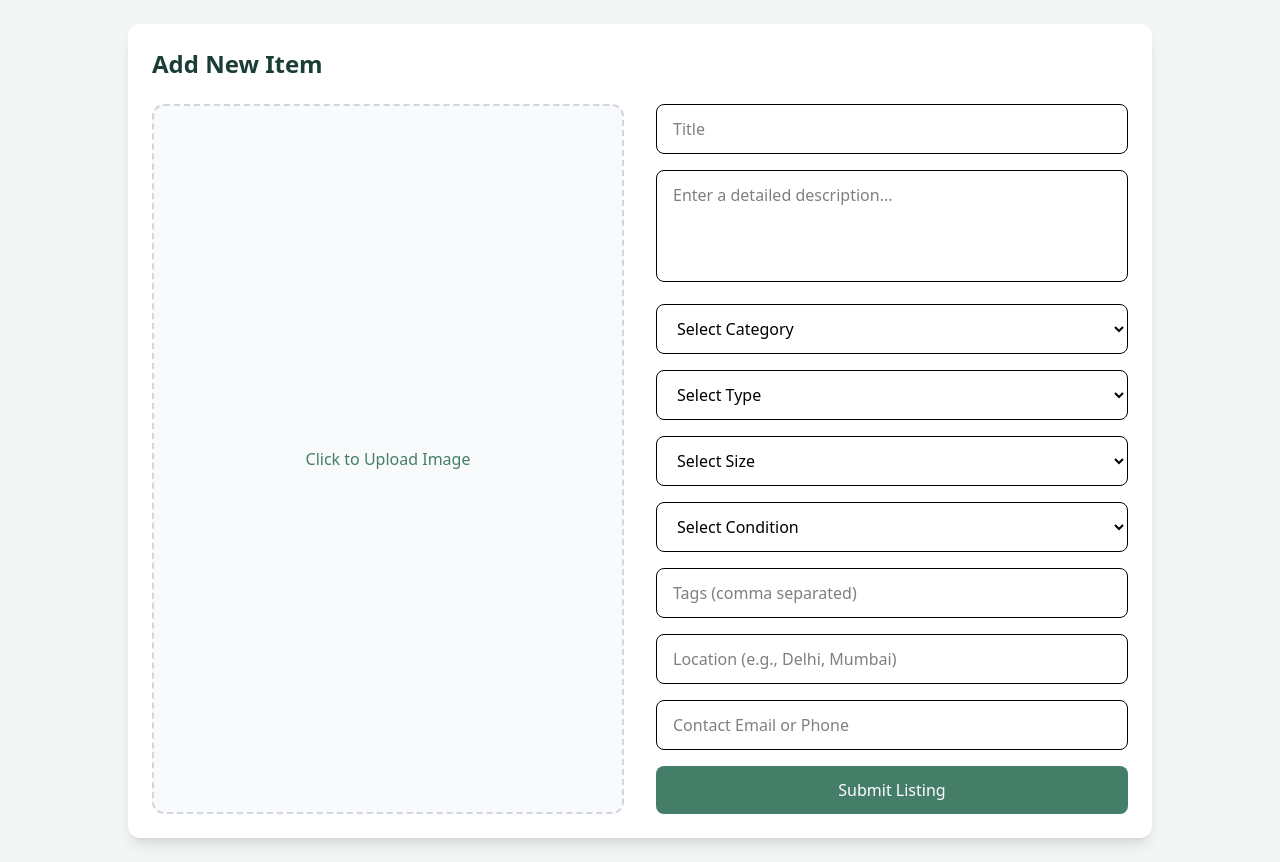
Repository: Swastikkkkk/vv
Page: /user/add (app in OneDrive/Desktop/Yuzichahal/frontend/)
The author's editor kept a copy of each file at every save. The page is drawn from the files as they stood at one save, then again after a run of saves.
The browser window is 1280 px wide. The pictures show the whole page.
The page's requests for data from a server got no answer. The project was rebuilt for these pictures with package versions that can differ from the ones it lists, and the page was loaded fresh each time. No one was signed in, and anything a server would have sent is missing. Also part of the build but not shown: OneDrive/Desktop/Yuzichahal/frontend/vite.config.js, OneDrive/Desktop/Yuzichahal/frontend/src/components/Navbar.jsx, OneDrive/Desktop/Yuzichahal/frontend/src/components/Herosection.jsx, OneDrive/Desktop/Yuzichahal/frontend/src/components/CategoriesSection.jsx, OneDrive/Desktop/Yuzichahal/frontend/src/components/Footer.jsx, OneDrive/Desktop/Yuzichahal/frontend/src/components/LandingPage.jsx, OneDrive/Desktop/Yuzichahal/frontend/src/components/Signup.jsx, OneDrive/Desktop/Yuzichahal/frontend/src/components/Login.jsx and 9 more.

Above is the page before, as saved 2025-07-12 12:15:05.

After the next 2 saves:
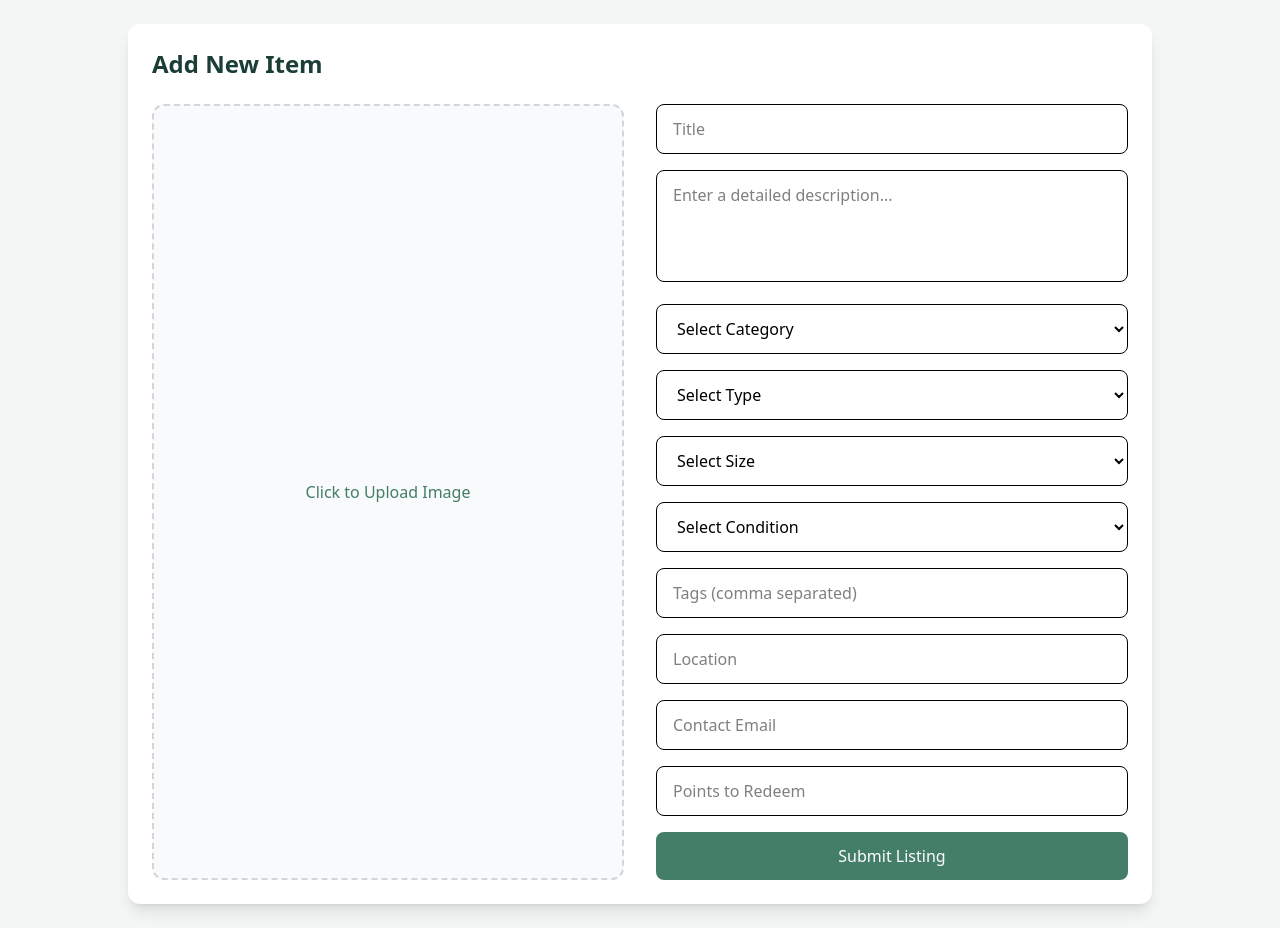
The 2 saves are shown as one change because they came seconds apart.
The last was saved 5 s later.
--- a/OneDrive/Desktop/Yuzichahal/frontend/src/components/user/AddListing.jsx
+++ b/OneDrive/Desktop/Yuzichahal/frontend/src/components/user/AddListing.jsx
@@ -220,8 +220,9 @@ const AddListing = () => {
     size: '',
     condition: '',
     tags: '',
+    contact: '',
     location: '',
-    contact: ''
+    points: ''
   });
 
   const categoryOptions = ['Ethnic', 'Western', 'Kidswear', 'Accessories', 'Modern'];
@@ -237,19 +238,19 @@ const AddListing = () => {
     const file = e.target.files[0];
     if (!file) return;
 
+    const storage = getStorage();
+    const filePath = `products/${uuidv4()}-${file.name}`;
+    const storageRef = ref(storage, filePath);
     setUploading(true);
-    const storage = getStorage();
-    const filename = `products/${uuidv4()}-${file.name}`;
-    const storageRef = ref(storage, filename);
 
     try {
       await uploadBytes(storageRef, file);
       const url = await getDownloadURL(storageRef);
-      setImageUrl(url); // ✅ This URL includes token for public access
+      setImageUrl(url);
       setImage(file);
     } catch (err) {
-      console.error('Upload Error:', err);
-      alert('Image upload failed. Please try again.');
+      console.error('Image upload failed:', err);
+      alert('Image upload failed.');
     } finally {
       setUploading(false);
     }
@@ -259,19 +260,19 @@ const AddListing = () => {
     e.preventDefault();
 
     if (!imageUrl) {
-      alert('Please upload an image before submitting.');
+      alert('Please upload an image.');
       return;
     }
 
     try {
       await addDoc(collection(db, 'products'), {
         ...form,
-        tags: form.tags.split(',').map((tag) => tag.trim()),
+        tags: form.tags.split(',').map(tag => tag.trim()),
         imageUrl,
         createdAt: serverTimestamp()
       });
 
-      alert('Product listed successfully! 🎉');
+      alert('Product listed successfully!');
       setForm({
         title: '',
         description: '',
@@ -280,14 +281,15 @@ const AddListing = () => {
         size: '',
         condition: '',
         tags: '',
+        contact: '',
         location: '',
-        contact: ''
+        points: ''
       });
       setImage(null);
       setImageUrl('');
     } catch (err) {
-      console.error('Firestore Error:', err);
-      alert('Failed to save product.');
+      console.error('Error saving product:', err);
+      alert('Error saving product.');
     }
   };
 
@@ -300,11 +302,7 @@ const AddListing = () => {
           {/* Image Upload */}
           <div className="flex flex-col items-center justify-center border-2 border-dashed border-gray-300 rounded-xl p-6 bg-gray-50">
             {imageUrl ? (
-              <img
-                src={imageUrl}
-                alt="Uploaded"
-                className="w-full h-64 object-cover rounded-lg"
-              />
+              <img src={imageUrl} alt="Uploaded" className="w-full h-64 object-cover rounded-lg" />
             ) : (
               <label className="cursor-pointer text-center text-[#447d68] hover:underline">
                 <input
@@ -318,7 +316,7 @@ const AddListing = () => {
             )}
           </div>
 
-          {/* Form Inputs */}
+          {/* Form Fields */}
           <div className="space-y-4">
             <input
               type="text"
@@ -403,7 +401,7 @@ const AddListing = () => {
             <input
               type="text"
               name="location"
-              placeholder="Location (e.g., Delhi, Mumbai)"
+              placeholder="Location"
               value={form.location}
               onChange={handleInputChange}
               className="w-full px-4 py-3 border rounded-lg"
@@ -411,10 +409,20 @@ const AddListing = () => {
             />
 
             <input
-              type="text"
+              type="email"
               name="contact"
-              placeholder="Contact Email or Phone"
+              placeholder="Contact Email"
               value={form.contact}
+              onChange={handleInputChange}
+              className="w-full px-4 py-3 border rounded-lg"
+              required
+            />
+
+            <input
+              type="number"
+              name="points"
+              placeholder="Points to Redeem"
+              value={form.points}
               onChange={handleInputChange}
               className="w-full px-4 py-3 border rounded-lg"
               required
